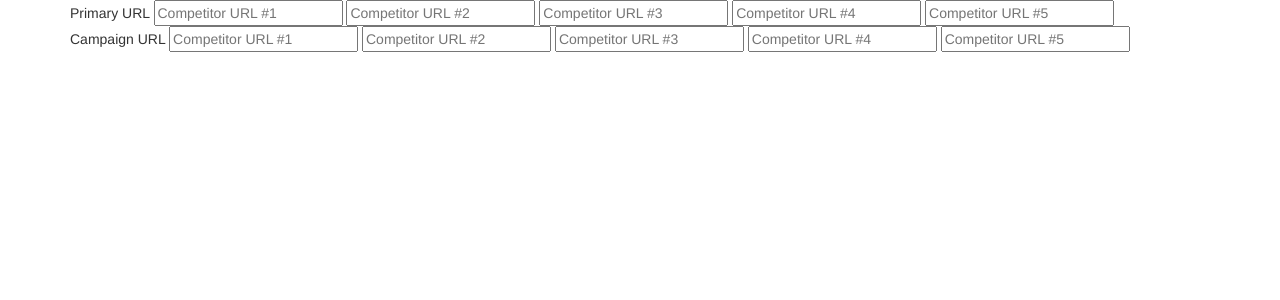
Repository: aneeshsingh/workspace
Page: http://localhost/analytics/Add_Product_Page_4.jsp
The author's editor kept a copy of each file at every save. The page is drawn from the files as they stood at one save, then again after the next save.
The browser window is 1280 px wide. The pictures show the whole page.
The page is served by Tomcat 9. Other server files are loaded and not shown.

Above is the page before, as saved 2016-03-07 03:42:12.

### analytics/war/Add_Product_Page_4.jsp
<!DOCTYPE html>
<html class="no-js" xmlns="http://www.w3.org/1999/xhtml"
	xml:lang="en-US" lang="en-US">

<%@ page import="com.macquarie.analytics.*"%>
<%@ page import="java.util.HashMap"%>
<%@ page import="java.util.Iterator"%>
<%@ page import="java.util.Map"%>
<%@ page import="java.sql.Connection"%>
<%@page language="java" session="true"%>

<head>
<!-- Latest compiled and minified CSS -->
<link rel="stylesheet"
	href="https://maxcdn.bootstrapcdn.com/bootstrap/3.3.6/css/bootstrap.min.css">

</head>
<body>


<form action="getAnalyticsServlet" method="post">
	<div class="container">


		<div class="row">

			<div class="col-md-12">
			<span>Primary URL</span>
			<input type="text" name="competitor_primary_url_1" id="competitor_primary_url_1" placeholder="Competitor URL #1">
			<input type="text" name="competitor_primary_url_2" id="competitor_primary_url_2" placeholder="Competitor URL #2">
			<input type="text" name="competitor_primary_url_3" id="competitor_primary_url_3" placeholder="Competitor URL #3">
			<input type="text" name="competitor_primary_url_4" id="competitor_primary_url_4" placeholder="Competitor URL #4">
			<input type="text" name="competitor_primary_url_5" id="competitor_primary_url_5" placeholder="Competitor URL #5">

			</div>
		</div>

		<div class="row">

			<div class="col-md-12">

			<span>Campaign URL</span>
			<input type="text" name="competitor_campaign_url_1" id="competitor_campaign_url_1" placeholder="Competitor URL #1">
			<input type="text" name="competitor_campaign_url_2" id="competitor_campaign_url_2" placeholder="Competitor URL #2">
			<input type="text" name="competitor_campaign_url_3" id="competitor_campaign_url_3" placeholder="Competitor URL #3">
			<input type="text" name="competitor_campaign_url_4" id="competitor_campaign_url_4" placeholder="Competitor URL #4">
			<input type="text" name="competitor_campaign_url_5" id="competitor_campaign_url_5" placeholder="Competitor URL #5">
						</div>

		</div>








	</div>


</form>

</body>
</html>

After the next save:
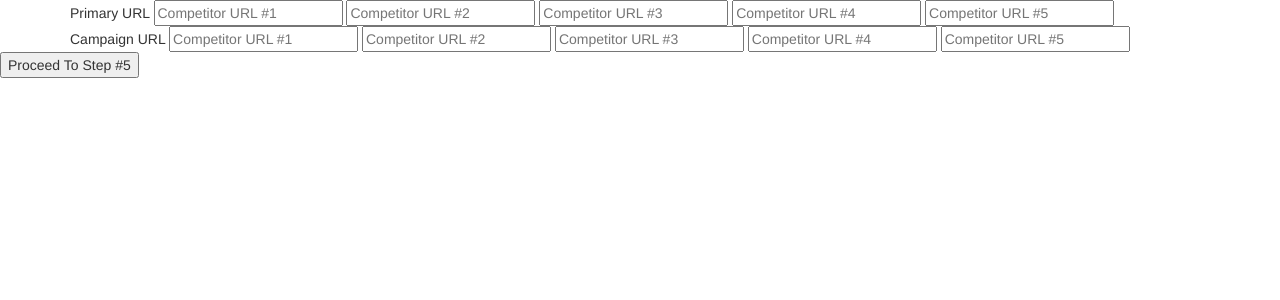
Saved 9 s later.
--- a/analytics/war/Add_Product_Page_4.jsp
+++ b/analytics/war/Add_Product_Page_4.jsp
@@ -58,6 +58,7 @@
 
 	</div>
 
+<input type="submit" value="Proceed To Step #5" />
 
 </form>
 
